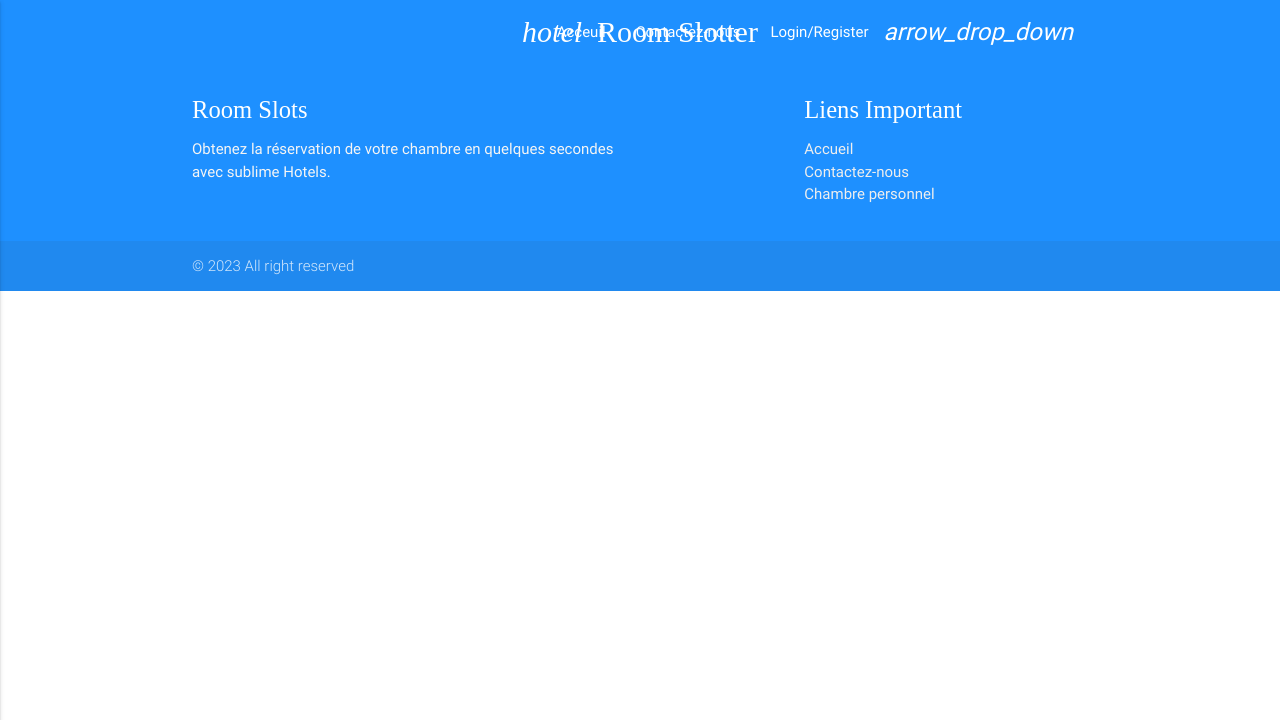
Repository: ZombreChristian/Di-Bootcamp
Page: templates/base/base.html
These files come from the project's save history. The page is drawn as it stood at one moment and after the next save; the edit follows.
The browser window is 1280 px wide. The pictures show the whole page.
Some web fonts or font styles are not loaded; a fallback is used. Some web libraries are served in a nearby version. The template is drawn by Django 4.2. The application's start-up code is not run. The template is opened directly, without the code that normally fills it, so the values that code supplies are empty.

Above is the page before, as saved 2023-01-16 16:58:34.

After the next save:
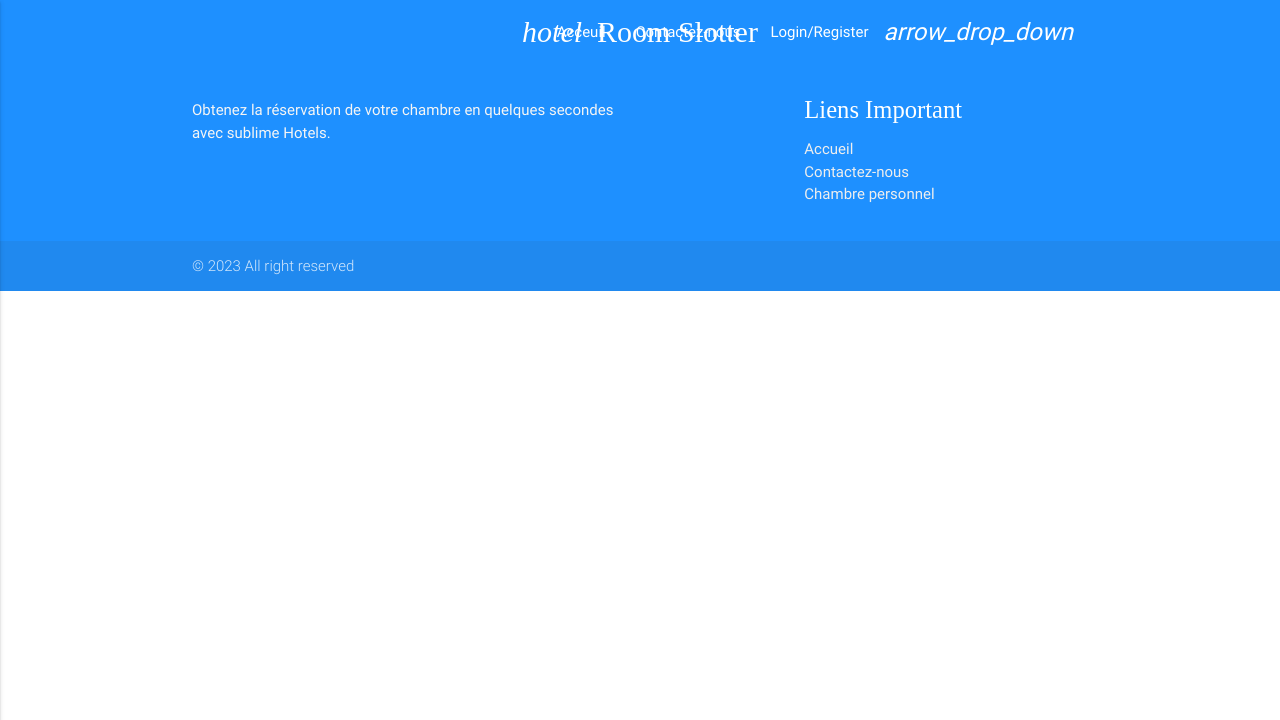
Saved 24 s later.
--- a/Week-9/Day-5/exercice/Mini-projet/templates/base/base.html
+++ b/Week-9/Day-5/exercice/Mini-projet/templates/base/base.html
@@ -87,7 +87,7 @@ width:190px !important;
           <div class="container">
             <div class="row">
               <div class="col l6 s12">
-                <h5 class="white-text" style="font-family: 'Cookie';">Room Slots</h5>
+
                 <p class="grey-text text-lighten-4">Obtenez la réservation de votre chambre en quelques secondes avec sublime Hotels.</p>
               </div>
               <div class="col l4 offset-l2 s12">
